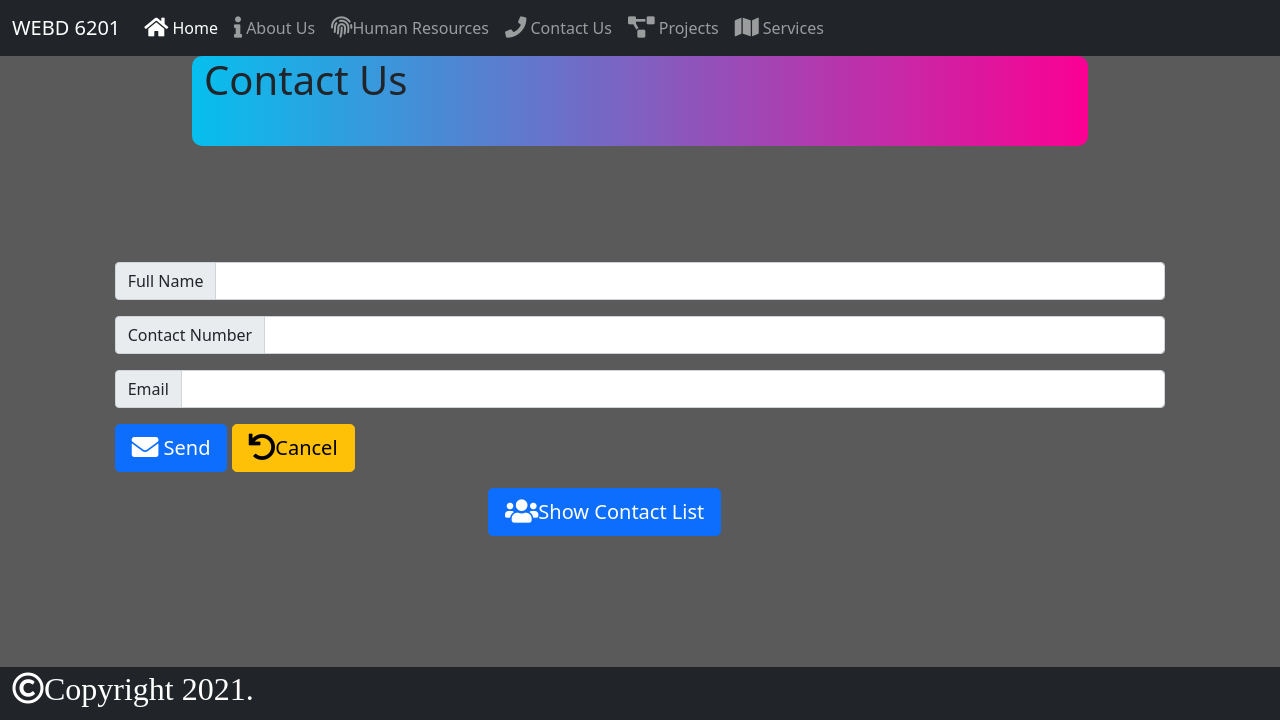
Repository: vans12345678/WEBD6201-W2021-Lab1
Page: contact.html
These files come from the project's save history. The page is drawn as it stood at one moment and after the next save; the edit follows.
The browser window is 1280 px wide. The pictures show the whole page.

Above is the page before, as saved 2021-01-30 15:36:46.

After the next save:
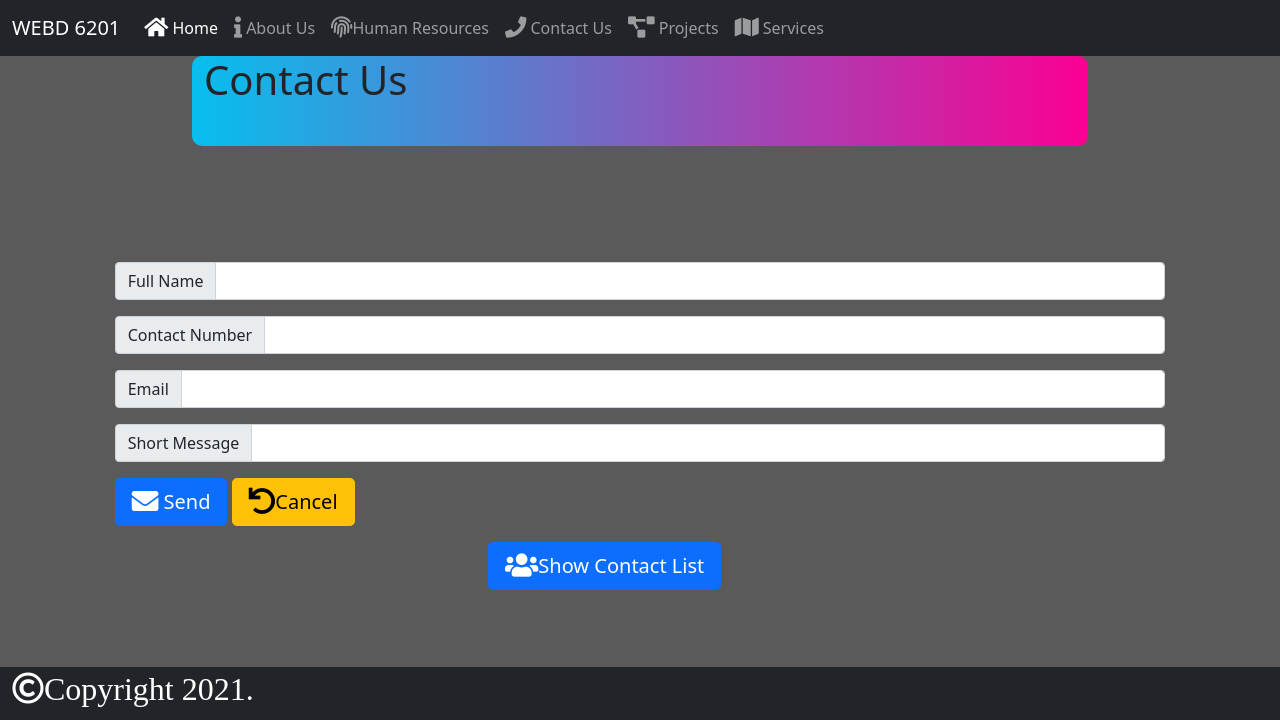
Saved 119 s later.
--- a/contact.html
+++ b/contact.html
@@ -67,6 +67,11 @@
               <input id = "emailAddress" type="email" class="form-control" aria-label="Email Address" aria-describedby="Email Address Input"
               name = "emailAddress" required>
             </div>
+            <div class="input-group mb-3">
+              <span class="input-group-text" id="inputGroup-sizing-default">Short Message</span>
+              <input id = "shortMessage" type="text" class="form-control" aria-label="Short Message" aria-describedby="Short Message Input"
+              name = "shortMessage" required>
+            </div>
           <button id = "sendButton" type="submit" class="btn btn-primary btn-lg"><i class="fas fa-envelope fa-lg"></i> Send</button>
           <button id = "cancelButton" type="reset" class="btn btn-warning btn-lg"><i class="fas fa-undo fa-lg"></i>Cancel</button>
         </form>
